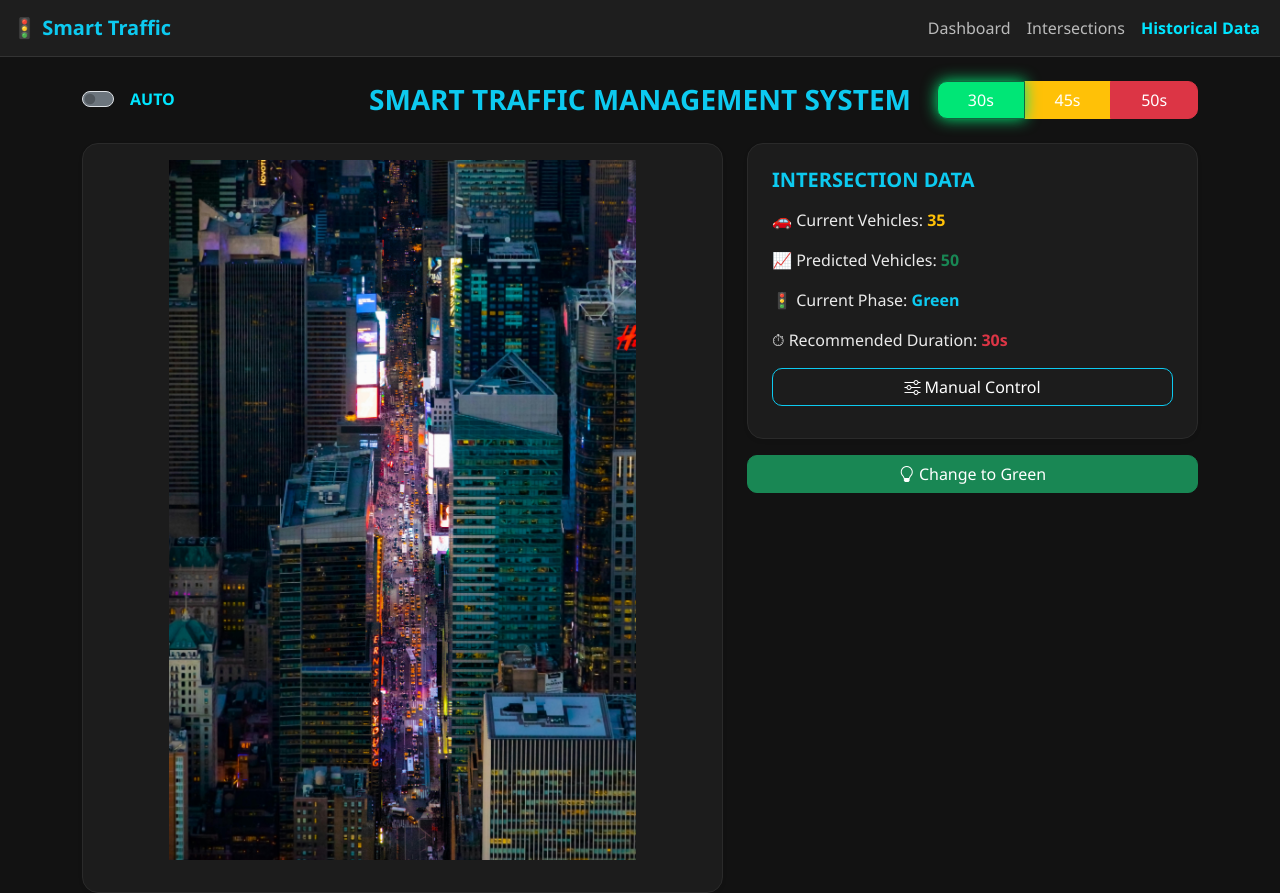
Repository: ayushkrpal/traffic-dashboard
Page: http://localhost/intersections
An editor plug-in stored every save of this project. The page is shown before and after a run of saves, followed by the edit.
The browser window is 1280 px wide. The pictures show the whole page.
The page is served by the project's Node server (server.js).

Above is the page before, as saved 2025-09-02 15:46:04.

After the next 4 saves:
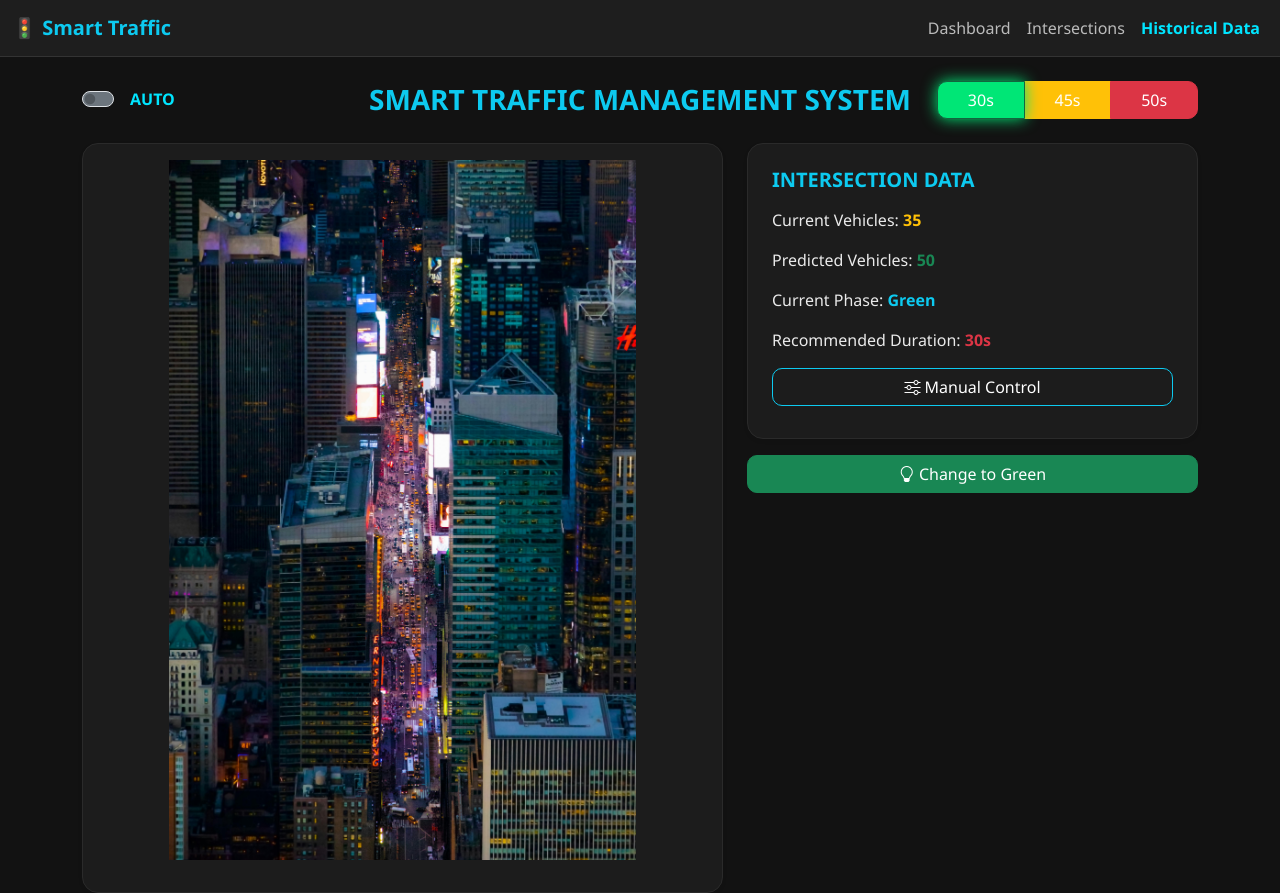
The 4 saves are shown as one change because they came seconds apart.
The last was saved 57 s later.
--- a/views/intersections.ejs
+++ b/views/intersections.ejs
@@ -151,10 +151,10 @@
       <div class="col-md-5">
         <div class="card p-4 mb-3 shadow-sm">
           <h5 class="fw-bold mb-3 text-info">INTERSECTION DATA</h5>
-          <p>🚗 Current Vehicles: <span class="text-warning fw-bold"><%= currentVehicles %></span></p>
-          <p>📈 Predicted Vehicles: <span class="text-success fw-bold"><%= predictedVehicles %></span></p>
-          <p>🚦 Current Phase: <span class="text-info fw-bold"><%= currentPhase %></span></p>
-          <p>⏱ Recommended Duration: <span class="text-danger fw-bold"><%= duration %>s</span></p>
+          <p>Current Vehicles: <span class="text-warning fw-bold"><%= currentVehicles %></span></p>
+          <p>Predicted Vehicles: <span class="text-success fw-bold"><%= predictedVehicles %></span></p>
+          <p>Current Phase: <span class="text-info fw-bold"><%= currentPhase %></span></p>
+          <p>Recommended Duration: <span class="text-danger fw-bold"><%= duration %>s</span></p>
           <button class="btn btn-outline-info w-100 btn-custom mb-2">
             <i class="bi bi-sliders"></i> Manual Control
           </button>
